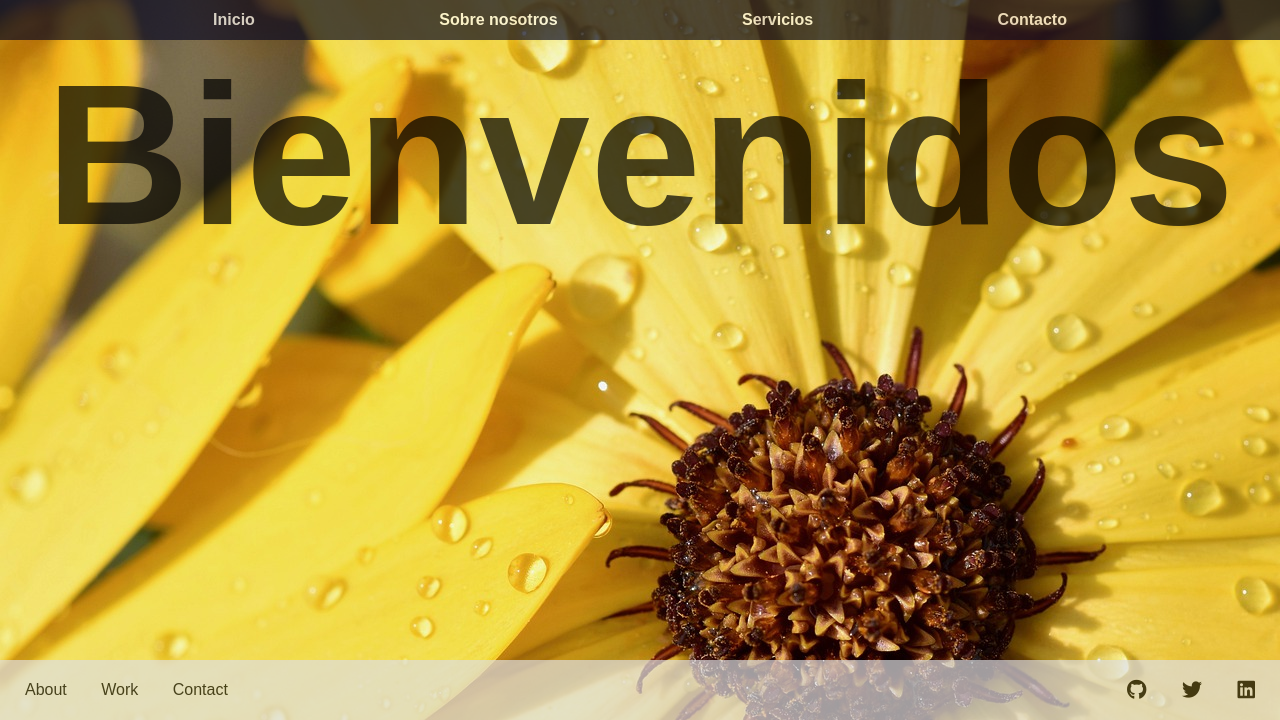
Repository: RaquelAlvarezz/Ejercicios-FormawebIV
Page: Práctica examen/index.html
An editor plug-in stored every save of this project. The page is shown before and after the next save, followed by the edit.
The browser window is 1280 px wide. The pictures show the whole page.

Above is the page before, as saved 2021-11-25 13:23:33.
Console error: TypeError: Cannot read properties of null (reading 'addEventListener')

### Práctica examen/index.html
<!DOCTYPE html>
<html lang="en">
<head>
    <meta charset="UTF-8">
    <meta http-equiv="X-UA-Compatible" content="IE=edge">
    <meta name="viewport" content="width=device-width, initial-scale=1.0">
    <link rel="stylesheet" href="https://cdnjs.cloudflare.com/ajax/libs/font-awesome/5.15.1/css/all.min.css" integrity="sha512-+4zCK9k+qNFUR5X+cKL9EIR+ZOhtIloNl9GIKS57V1MyNsYpYcUrUeQc9vNfzsWfV28IaLL3i96P9sdNyeRssA==" crossorigin="anonymous" />
    <link rel="stylesheet" href="css/styles.css">
    <script src="js/script.js"type="text/javascript" defer></script>
    <script src="js/footer.js" type="text/javascript" defer></script>
    <title>Inicio</title>
</head>
<body>
    <header-component></header-component>
   <main>
    <!-- Your page's content -->
    <h1>Bienvenidos</h1>

  </main>
  <footer-component></footer-component>
</body>
</html>

### Práctica examen/css/styles.css
* {
    margin: 0;
    padding: 0;
}
html,
body {
  height: 100%;
}

body {
 background-image:url(../img/flower-g59389d559_1920.jpg);
  font-family: sans-serif;
  display: flex;
  flex-direction: column;
  opacity: 0.7;
}

 h1{
     text-align: center;
     font-size: 200px;
     top:300px;
 }

  main {
    flex: 1 0 auto;
  }

### Práctica examen/js/script.js
const headerTemplate = document.createElement('template');

headerTemplate.innerHTML = `
  <style>
    nav {
      height: 40px;
      display: flex;
      align-items: center;
      justify-content: center;
      background-color:  #0a0a23;
    }

    ul {
      padding: 0;
    }

    ul li {
      list-style: none;
      display: inline;
    }

    a {
      font-weight: 700;
      margin: 0 90px;
      color: #fff;
      text-decoration: none;
    }

    a:hover {
      padding-bottom: 5px;
      box-shadow: inset 0 -2px 0 0 #fff;
    }
  </style>
  <div class="container">
       <div class="nav-wrapper">
           <div class="hamburger-menu">
               <div class="line line-1"></div>
               <div class="line line-2"></div>
               <div class="line line-3"></div>
           </div>
       <nav class="top-nav">
            <ul class="nav-list">

                   <li><a href="#" class="nav-link" data-text="Home">Inicio</a></li>
                   <li><a href="#" class="nav-link" data-text="About Us">Sobre nosotros</a></li>
                   <li><a href="#" class="nav-link" data-text="Services">Servicios</a></li>
                   <li><a href="#" class="nav-link" data-text="Contact">Contacto</a></li>
             </ul>
          </nav>
       </div>
   </div>
`;

class Header extends HTMLElement {
  constructor() {
    super();
  }

  connectedCallback() {
    const shadowRoot = this.attachShadow({ mode: 'closed' });

    shadowRoot.appendChild(headerTemplate.content);
  }
}
customElements.define('header-component', Header);
document.querySelector('.hamburger-menu').addEventListener('click', () => {
    document.querySelector('.nav-wrapper').classList.toggle('change');
});

### Práctica examen/js/footer.js
const footerTemplate = document.createElement('template');

footerTemplate.innerHTML = `
  <style>
    footer {
      height: 60px;
      padding: 0 10px;
      list-style: none;
      display: flex;
      flex-shrink: 0;
      justify-content: space-between;
      align-items: center;
      background-color: #dfdfe2;
    }

    ul {
      padding: 0;
    }

    ul li {
      list-style: none;
      display: inline;
    }

    a {
      margin: 0 15px;
      color: inherit;
      text-decoration: none;
    }

    a:hover {
      padding-bottom: 5px;
      box-shadow: inset 0 -2px 0 0 #333;
    }

    .social-row {
      font-size: 20px;
    }

    .social-row li a {
      margin: 0 15px;
    }
  </style>
  <footer>
    <ul>
      <li><a href="about.html">About</a></li>
      <li><a href="work.html">Work</a></li>
      <li><a href="contact.html">Contact</a></li>
    </ul>
    <ul class="social-row">
      <li><a href="https://github.com"><i class="fab fa-github"></i></a></li>
      <li><a href="https://twitter.com"><i class="fab fa-twitter"></i></a></li>
      <li><a href="https://www.linkedin.com"><i class="fab fa-linkedin"></i></a></li>
    </ul>
  </footer>
`;

class Footer extends HTMLElement {
  constructor() {
    super();
  }

  connectedCallback() {
    const fontAwesome = document.querySelector('link[href*="font-awesome"]');
    const shadowRoot = this.attachShadow({ mode: 'closed' });

    if (fontAwesome) {
      shadowRoot.appendChild(fontAwesome.cloneNode());
    }

    shadowRoot.appendChild(footerTemplate.content);
  }
}

customElements.define('footer-component', Footer);

After the next save:
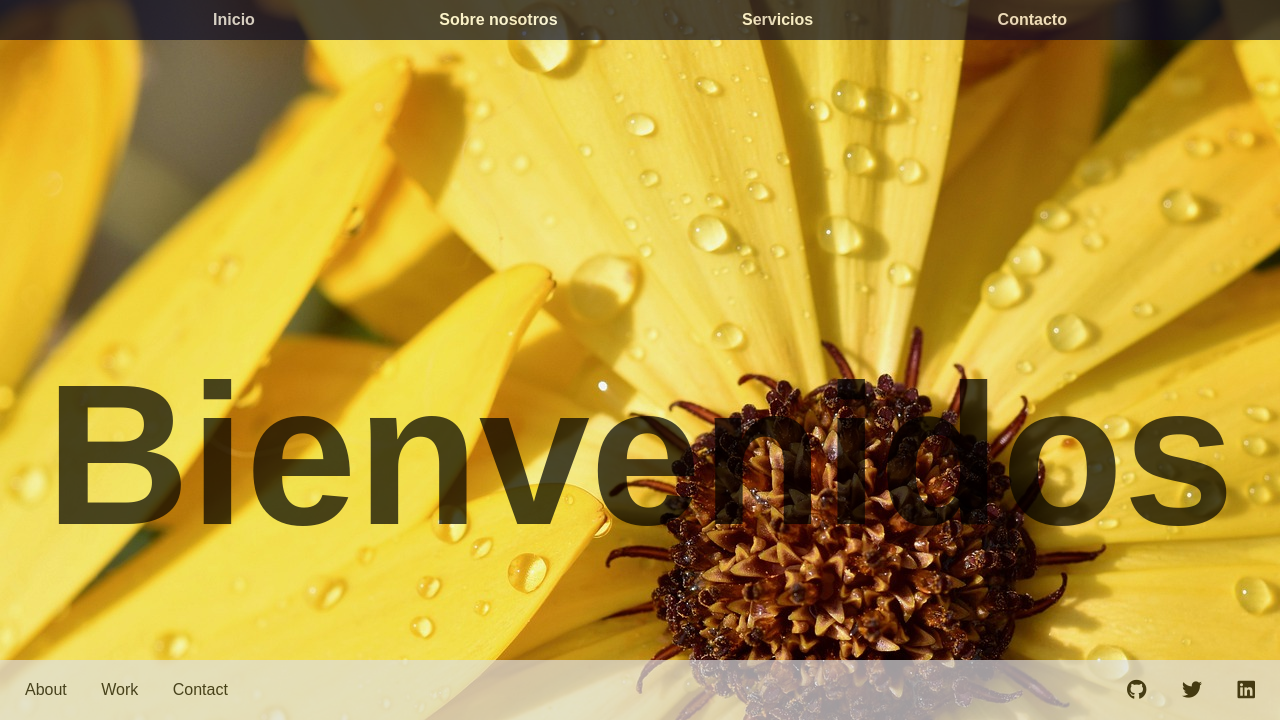
Saved 16 s later.
--- a/Práctica examen/css/styles.css
+++ b/Práctica examen/css/styles.css
@@ -18,7 +18,7 @@
  h1{
      text-align: center;
      font-size: 200px;
-     top:300px;
+     margin-top:300px;
  }
 
   main {
